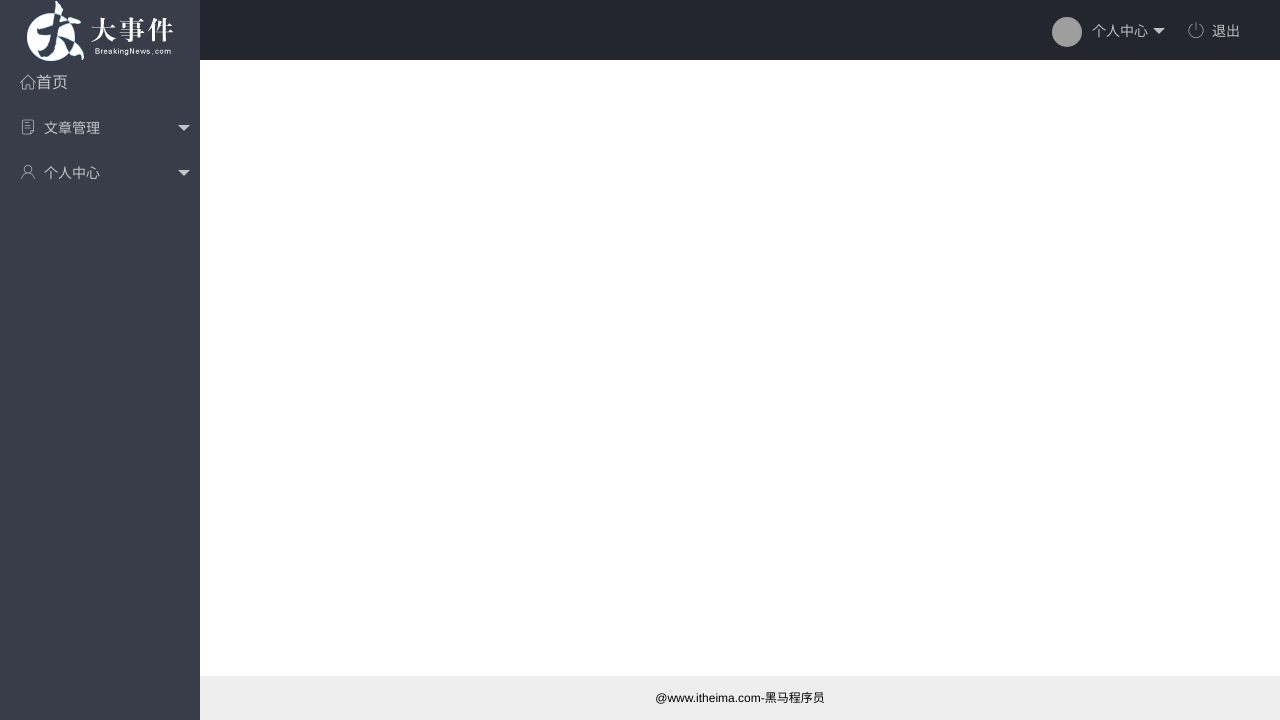
Repository: Janshen111/web_bigevent
Page: index.html
These files come from the project's save history. The page is drawn as it stood at one moment and after the next save; the edit follows.
The browser window is 1280 px wide. The pictures show the whole page.
Pictures or frames that could not be fetched are drawn as grey boxes.

Above is the page before, as saved 2022-08-31 16:04:35.

### index.html
<!DOCTYPE html>
<html lang="en">

<head>
    <meta charset="UTF-8">
    <meta http-equiv="X-UA-Compatible" content="IE=edge">
    <meta name="viewport" content="width=device-width, initial-scale=1.0">
    <title>Document</title>
    <!-- 导入laYui的样式 -->
    <link rel="stylesheet" href="./assets/lib/layui/css/layui.css">
    <!-- 第三方图标样式表 -->
    <link rel="stylesheet" href="./assets/fonts/iconfont.css">
    <!-- 导入自己的样式表 -->
    <link rel="stylesheet" href="./assets/css/index.css">
    <script src=""></script>
</head>

<body>
    <div class="layui-layout layui-layout-admin">
        <div class="layui-header">
            <div class="layui-logo layui-hide-xs layui-bg-black">
                <img src="./assets/images/logo.png" alt="" />
            </div>
            <!-- 头部区域（可配合layui 已有的水平导航） -->
            <dl class="layui-nav-child">
                <dd><a href="">menu 11</a></dd>
                <dd><a href="">menu 22</a></dd>
                <dd><a href="">menu 33</a></dd>
            </dl>
            </li>
            </ul>
            <ul class="layui-nav layui-layout-right">
                <li class="layui-nav-item layui-hide layui-show-md-inline-block">
                    <a href="javascript:;">
                        <img src="//tva1.sinaimg.cn/crop.0.0.118.118.180/5db11ff4gw1e77d3nqrv8j203b03cweg.jpg" class="layui-nav-img">个人中心
                    </a>
                    <dl class="layui-nav-child">
                        <dd><a href="">基本资料</a></dd>
                        <dd><a href="">更换头像</a></dd>
                        <dd><a href="">重置密码</a></dd>
                    </dl>
                </li>
                <li class="layui-nav-item">
                    <a href="javascript:;">
                        <span class="iconfont icon-tuichu"></span>退出
                    </a>
                </li>
            </ul>
        </div>

        <div class="layui-side layui-bg-black">
            <div class="layui-side-scroll">
                <!-- 左侧导航区域（可配合layui已有的垂直导航） -->
                <ul class="layui-nav layui-nav-tree " lay-shrink="all">
                    <li class="layui-nav-item">
                        <a href="./home/dashboard.html" target="fm" class="iconfont icon-home"></span>首页</a>
                    </li>
                    <!-- 默认展开layui-nav-itemed -->
                    <li class="layui-nav-item">
                        <a class="" href="javascript:;"><span class="iconfont icon-16"></span>文章管理</a>
                        <dl class="layui-nav-child">
                            <dd><a href="javascript:;"><i class="layui-icon layui-icon-app"></i>文章类别</a></dd>
                            <dd><a href="javascript:;"><i class="layui-icon layui-icon-app"></i>   文章列表</a></dd>
                            <dd><a href="javascript:;"><i class="layui-icon layui-icon-app"></i>   发布文章</a></dd>
                        </dl>
                    </li>
                    <li class="layui-nav-item">
                        <a href="javascript:;"><span class="iconfont icon-user"></span>个人中心</a>
                        <dl class="layui-nav-child">
                            <dd><a href="javascript:;"><i class="layui-icon layui-icon-app"></i>   基本资料</a></dd>
                            <dd><a href="javascript:;"><i class="layui-icon layui-icon-app"></i>   更换头像</a></dd>
                            <dd><a href="javascript:;"><i class="layui-icon layui-icon-app"></i>   重置密码</a></dd>
                        </dl>
                    </li>
                </ul>
            </div>
        </div>

        <div class="layui-body">
            <!-- 内容主体区域 -->
            <iframe src="" name="fm" frameborder="0"></iframe>
        </div>

        <div class="layui-footer">
            <!-- 底部固定区域 -->
            @www.itheima.com-黑马程序员
        </div>
    </div>
    <!-- 导入laYui的JS文件 -->
    <script src="./assets/lib/layui/layui.all.js"></script>
</body>

</html>

### assets/css/index.css
.layui-footer {
    text-align: center;
    font-size: 12px;
}

.iconfont {
    margin-right: 8px;
}

.layui-icon {
    margin-right: 8px;
    margin-left: 20px;
}

iframe {
    width: 100%;
    height: 100%;
}


/* 解决内部有滚动条及显示不齐全的问题 */

.layui-body {
    overflow: hidden;
}

### home/dashboard.html
<!DOCTYPE html>
<html lang="en">

<head>
  <meta charset="UTF-8">
  <meta name="viewport" content="width=device-width, initial-scale=1.0">
  <meta http-equiv="X-UA-Compatible" content="ie=edge">
  <title>图表统计</title>
  <link rel="stylesheet" href="../assets/lib/bootstrap.css" />
  <link rel="stylesheet" href="../assets/lib/main.css" />
  <script src="../assets/lib/jquery.js"></script>
  <script type="text/javascript" src="../assets/lib/echarts.min.js"></script>
</head>

<body>
  <div class="container-fluid">
    <div class="row spannel_list">
      <div class="col-sm-3 col-xs-6">
        <div class="spannel">
          <em>10015</em><span>篇</span>
          <b>总文章数</b>
        </div>
      </div>
      <div class="col-sm-3 col-xs-6">
        <div class="spannel scolor01">
          <em>123</em><span>篇</span>
          <b>日新增文章数</b>
        </div>
      </div>
      <div class="col-sm-3 col-xs-6">
        <div class="spannel scolor02">
          <em>35</em><span>条</span>
          <b>评论总数</b>
        </div>
      </div>
      <div class="col-sm-3 col-xs-6">
        <div class="spannel scolor03">
          <em>123</em><span>条</span>
          <b>日新增评论数</b>
        </div>
      </div>
    </div>
  </div>

  <div class="container-fluid">
    <div class="row curve-pie">
      <div class="col-lg-8 col-md-8">
        <div class="gragh_pannel" id="curve_show"></div>
      </div>
      <div class="col-lg-4 col-md-4">
        <div class="gragh_pannel" id="pie_show"></div>
      </div>
    </div>
  </div>

  <div class="container-fluid">
    <div class="column_pannel" id="column_show"></div>
  </div>

  <script>
    var oChart = echarts.init(document.getElementById('curve_show'));
    var aList_all = [
      { 'count': 36, 'date': '2019-04-13' },
      { 'count': 52, 'date': '2019-04-14' },
      { 'count': 78, 'date': '2019-04-15' },
      { 'count': 85, 'date': '2019-04-16' },
      { 'count': 65, 'date': '2019-04-17' },
      { 'count': 72, 'date': '2019-04-18' },
      { 'count': 88, 'date': '2019-04-19' },
      { 'count': 64, 'date': '2019-04-20' },
      { 'count': 72, 'date': '2019-04-21' },
      { 'count': 90, 'date': '2019-04-22' },
      { 'count': 96, 'date': '2019-04-23' },
      { 'count': 100, 'date': '2019-04-24' },
      { 'count': 102, 'date': '2019-04-25' },
      { 'count': 110, 'date': '2019-04-26' },
      { 'count': 123, 'date': '2019-04-27' },
      { 'count': 100, 'date': '2019-04-28' },
      { 'count': 132, 'date': '2019-04-29' },
      { 'count': 146, 'date': '2019-04-30' },
      { 'count': 200, 'date': '2019-05-01' },
      { 'count': 180, 'date': '2019-05-02' },
      { 'count': 163, 'date': '2019-05-03' },
      { 'count': 110, 'date': '2019-05-04' },
      { 'count': 80, 'date': '2019-05-05' },
      { 'count': 82, 'date': '2019-05-06' },
      { 'count': 70, 'date': '2019-05-07' },
      { 'count': 65, 'date': '2019-05-08' },
      { 'count': 54, 'date': '2019-05-09' },
      { 'count': 40, 'date': '2019-05-10' },
      { 'count': 45, 'date': '2019-05-11' },
      { 'count': 38, 'date': '2019-05-12' },
    ];

    let aCount = [];
    let aDate = [];

    for (var i = 0; i < aList_all.length; i++) {
      aCount.push(aList_all[i].count);
      aDate.push(aList_all[i].date);
    }

    var chartopt = {
      title: {
        text: '月新增文章数',
        left: 'center',
        top: '10'
      },
      tooltip: {
        trigger: 'axis'
      },
      legend: {
        data: ['新增文章'],
        top: '40'
      },
      toolbox: {
        show: true,
        feature: {
          mark: { show: true },
          dataView: { show: true, readOnly: false },
          magicType: { show: true, type: ['line', 'bar'] },
          restore: { show: true },
          saveAsImage: { show: true }
        }
      },
      calculable: true,
      xAxis: [
        {
          name: '日',
          type: 'category',
          boundaryGap: false,
          data: aDate
        }
      ],
      yAxis: [
        {
          name: '月新增文章数',
          type: 'value'
        }
      ],
      series: [
        {
          name: '新增文章',
          type: 'line',
          smooth: true,
          itemStyle: { normal: { areaStyle: { type: 'default' }, color: '#f80' }, lineStyle: { color: '#f80' } },
          data: aCount
        }],
      areaStyle: {
        normal: {
          color: new echarts.graphic.LinearGradient(0, 0, 0, 1, [{
            offset: 0,
            color: 'rgba(255,136,0,0.39)'
          }, {
            offset: .34,
            color: 'rgba(255,180,0,0.25)'
          }, {
            offset: 1,
            color: 'rgba(255,222,0,0.00)'
          }])

        }
      },
      grid: {
        show: true,
        x: 50,
        x2: 50,
        y: 80,
        height: 220
      }
    };

    oChart.setOption(chartopt);


    var oPie = echarts.init(document.getElementById('pie_show'));
    var oPieopt =
    {
      title: {
        top: 10,
        text: '分类文章数量比',
        x: 'center'
      },
      tooltip: {
        trigger: 'item',
        formatter: "{a} <br/>{b} : {c} ({d}%)"
      },
      color: ['#5885e8', '#13cfd5', '#00ce68', '#ff9565'],
      legend: {
        x: 'center',
        top: 65,
        data: ['奇趣事', '会生活', '爱旅行', '趣美味']
      },
      toolbox: {
        show: true,
        x: 'center',
        top: 35,
        feature: {
          mark: { show: true },
          dataView: { show: true, readOnly: false },
          magicType: {
            show: true,
            type: ['pie', 'funnel'],
            option: {
              funnel: {
                x: '25%',
                width: '50%',
                funnelAlign: 'left',
                max: 1548
              }
            }
          },
          restore: { show: true },
          saveAsImage: { show: true }
        }
      },
      calculable: true,
      series: [
        {
          name: '访问来源',
          type: 'pie',
          radius: ['45%', '60%'],
          center: ['50%', '65%'],
          data: [
            { value: 300, name: '奇趣事' },
            { value: 100, name: '会生活' },
            { value: 260, name: '爱旅行' },
            { value: 180, name: '趣美味' }
          ]
        }
      ]
    };
    oPie.setOption(oPieopt);



    var oColumn = this.echarts.init(document.getElementById('column_show'));
    var oColumnopt =
    {
      title: {
        text: '文章访问量',
        left: 'center',
        top: '10'
      },
      tooltip: {
        trigger: 'axis'
      },
      legend: {
        data: ['奇趣事', '会生活', '爱旅行', '趣美味'],
        top: '40'
      },
      toolbox: {
        show: true,
        feature: {
          mark: { show: true },
          dataView: { show: true, readOnly: false },
          magicType: { show: true, type: ['line', 'bar'] },
          restore: { show: true },
          saveAsImage: { show: true }
        }
      },
      calculable: true,
      xAxis: [
        {
          type: 'category',
          data: ['1月', '2月', '3月', '4月', '5月']
        }
      ],
      yAxis: [
        {
          name: '访问量',
          type: 'value'
        }
      ],
      series: [
        {
          name: '奇趣事',
          type: 'bar',
          barWidth: 20,
          itemStyle: {
            normal: { areaStyle: { type: 'default' }, color: '#fd956a' }
          },
          data: [800, 708, 920, 1090, 1200]
        },
        {
          name: '会生活',
          type: 'bar',
          barWidth: 20,
          itemStyle: {
            normal: { areaStyle: { type: 'default' }, color: '#2bb6db' }
          },
          data: [400, 468, 520, 690, 800]
        },
        {
          name: '爱旅行',
          type: 'bar',
          barWidth: 20,
          itemStyle: {
            normal: { areaStyle: { type: 'default' }, color: '#13cfd5' }
          },
          data: [500, 668, 520, 790, 900]
        },
        {
          name: '趣美味',
          type: 'bar',
          barWidth: 20,
          itemStyle: {
            normal: { areaStyle: { type: 'default' }, color: '#00ce68' }
          },
          data: [600, 508, 720, 890, 1000]
        }
      ],
      grid: {
        show: true,
        x: 50,
        x2: 30,
        y: 80,
        height: 260
      },
      dataZoom: [//给x轴设置滚动条
        {
          start: 0,//默认为0
          end: 100 - 1000 / 31,//默认为100
          type: 'slider',
          show: true,
          xAxisIndex: [0],
          handleSize: 0,//滑动条的 左右2个滑动条的大小
          height: 8,//组件高度
          left: 45, //左边的距离
          right: 50,//右边的距离
          bottom: 26,//右边的距离
          handleColor: '#ddd',//h滑动图标的颜色
          handleStyle: {
            borderColor: "#cacaca",
            borderWidth: "1",
            shadowBlur: 2,
            background: "#ddd",
            shadowColor: "#ddd",
          }
        }]
    };
    oColumn.setOption(oColumnopt);
  </script>
</body>

</html>

Loaded but not shown: assets/lib/layui/css/layui.css (library); assets/fonts/iconfont.css (common file); assets/lib/layui/layui.all.js (library); assets/lib/layui/css/modules/laydate/default/laydate.css (library); assets/lib/layui/css/modules/layer/default/layer.css (library); assets/lib/layui/css/modules/code.css (common file); assets/lib/bootstrap.css (library); assets/lib/main.css (library); assets/lib/jquery.js (library); assets/lib/echarts.min.js (library)

After the next save:
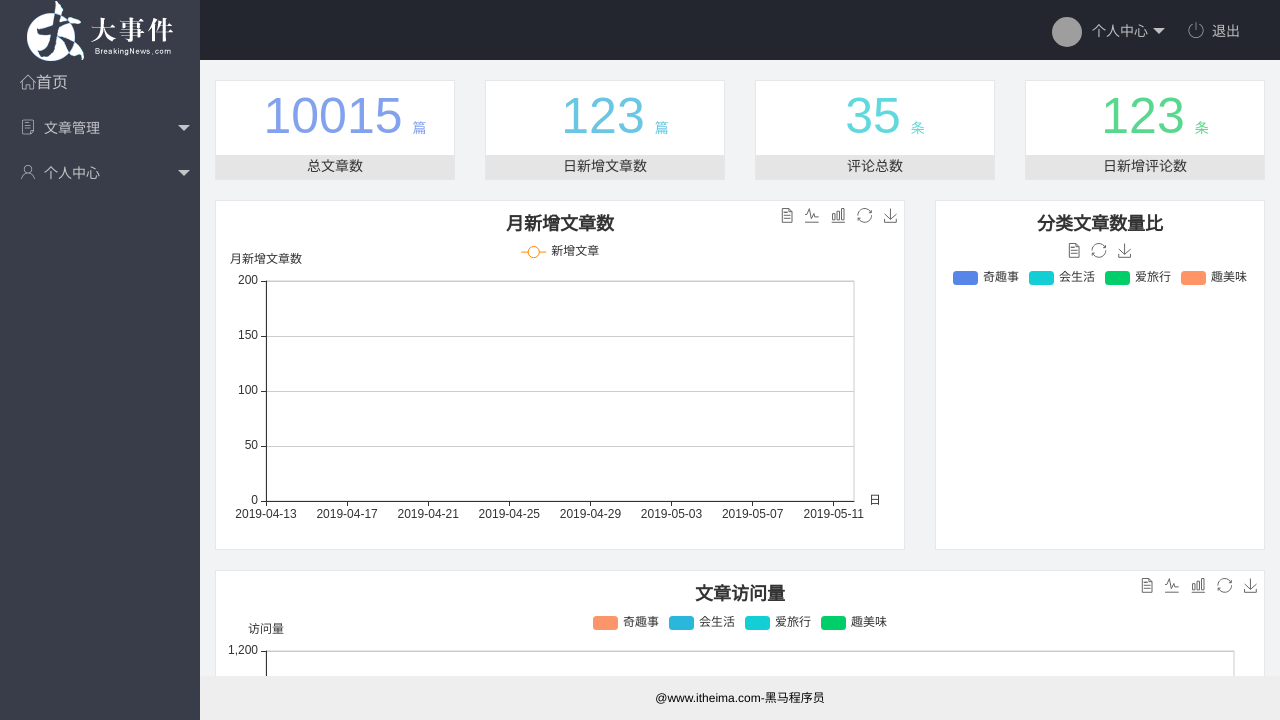
Saved 53 s later.
--- a/index.html
+++ b/index.html
@@ -78,7 +78,7 @@
 
         <div class="layui-body">
             <!-- 内容主体区域 -->
-            <iframe src="" name="fm" frameborder="0"></iframe>
+            <iframe src="/home/dashboard.html" name="fm" frameborder="0"></iframe>
         </div>
 
         <div class="layui-footer">
